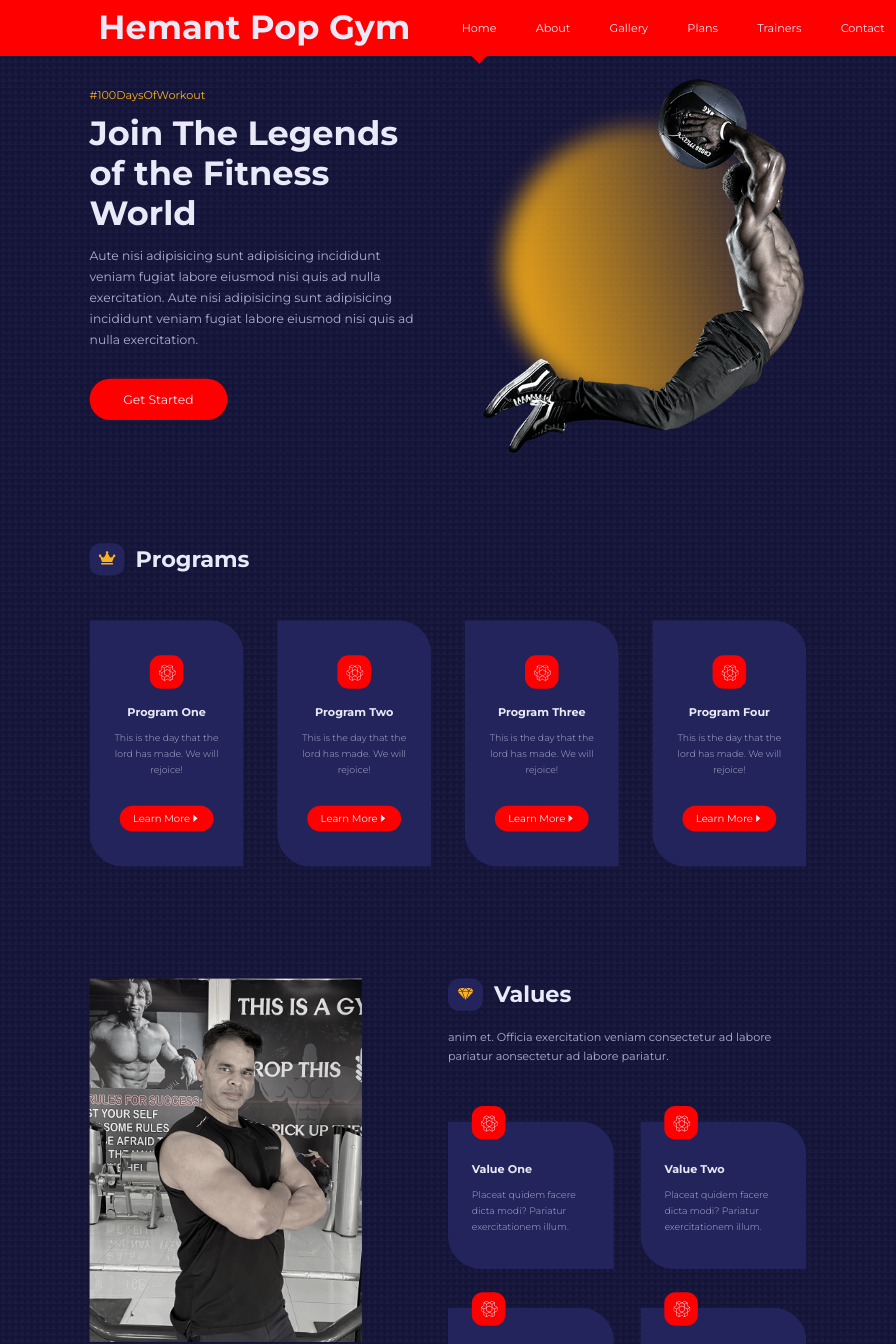
Repository: aryaMode/gym-portfolio
Page: /
The author's editor kept a copy of each file at every save. The page is drawn from the files as they stood at one save, then again after a run of saves.
The browser window is 1280 px wide. The pictures show the part of the page from y = 0 to 1920 px (the page is 3960 px tall), at 70% of full size.
The project was rebuilt for these pictures with package versions that can differ from the ones it lists, and the page was loaded fresh each time. Also part of the build but not shown: src/pages/about/about.css, src/components/Header.jsx, src/pages/about/About.jsx, src/pages/contact/contact.css, src/pages/contact/Contact.jsx, src/pages/gallery/gallery.css, src/pages/gallery/Gallery.jsx, src/pages/notFound/notFound.css and 6 more.

Above is the page before, as saved 2023-07-20 16:06:24.

### public/index.html
<!DOCTYPE html>
<html lang="en">

<head>
    <meta charset="UTF-8">
    <meta http-equiv="X-UA-Compatible" content="IE=edge">
    <meta name="viewport" content="width=device-width, initial-scale=1.0">
    <title>Portfolio Website</title>
    <!-- GOOGLE FONTS (montserrat) -->
    <link href="https://fonts.googleapis.com/css2?family=Montserrat:wght@300;400;500;600;700&display=swap"
        rel="stylesheet">
</head>

<body>
    <div id="root"></div>
</body>

</html>

### src/App.jsx
// rafce -> shortcut to create component and export
import { BrowserRouter, Routes, Route } from "react-router-dom";
import React from "react";
import Home from "./pages/home/Home";
import About from "./pages/about/About";
import Contact from "./pages/contact/Contact";
import Gallery from "./pages/gallery/Gallery";
import NotFound from "./pages/notFound/NotFound";
import Plans from "./pages/plans/Plans";
import Trainers from "./pages/trainers/Trainers";
import Navbar from "./components/Navbar";
import Footer from "./components/Footer";

const App = () => {
	return (
		<BrowserRouter>
			<Navbar />
			<Routes>
				<Route index element={<Home />} />
				<Route path="about" element={<About />} />
				<Route path="contact" element={<Contact />} />
				<Route path="gallery" element={<Gallery />} />
				<Route path="plans" element={<Plans />} />
				<Route path="trainers" element={<Trainers />} />
				<Route path="*" element={<NotFound />} />
			</Routes>
			<Footer />
		</BrowserRouter>
	);
};

export default App;

### src/index.css
 *, *::before, *::after{
    margin: 0;
    padding: 0;
    border: 0;
    outline: 0;
    list-style: none;
    text-decoration: none;
    box-sizing: border-box;
 }

 /* CSS Global variable starts with :root {...} check w3school docs for more  info */
 :root{
    --primary-hue: 210;
    --gray-hue: 240;
    /* hsl (hue, saturation, lightness) */
    --color-primary: red;
    --color-primary-variant: hsl(var(--primary-hue), 100%, 65%);
    --color-secondary: #ffb116;
    --color-gray-100: hsl(var(--gray-hue), 47%, 94%); /*almost white colour lightness is almost 100%*/
    --color-gray-200: hsl(var(--gray-hue), 26%, 75%);
    --color-gray-300: hsl(var(--gray-hue), 24%, 64%);
    --color-gray-400: hsl(var(--gray-hue), 16%, 41%);
    --color-gray-500: hsl(var(--gray-hue), 44%, 25%);
    --color-gray-600: hsl(var(--gray-hue), 48%, 15%);

    --container-width-lg: 80%;
    --container-width-md: 90%;

    --transition: all 500ms ease; /* make sure all transition have a constant effect*/
 }

  /******************** GENERAL STYLES ********************/
  body{
    font-family: "Montserrat", sans-serif;
    color: var(--color-gray-200);
    line-height: 1.7;
    overflow-x: hidden;
    background: var(--color-gray-600) url(./images/bg_texture.png);
  }

  .container{
    width: var(--container-width-lg);
    max-width: 1920px;
    margin-inline: auto;
  }

  h1, h2, h3, h4, h5 {
    line-height: 1.2;
    color: var(--color-gray-100);
  }

  h1 {
    font-size: 3rem;
  }

  h2 {
    font-size: 2rem ;
  }

  a {
    color: var(--color-gray-100);
  }

  img{
    display: block;
    object-fit: cover;
    width: 100%;
}

.btn {
    color: var(--color-gray-100);
    width: fit-content;
    margin: 0 auto;
    padding: 0.9rem 2rem;
    background: var(--color-primary);
    border-radius: 1.5rem;
    transition: var(--transition);
}

.btn:hover {
    background: var(--color-secondary);
    color: var(--color-gray-600);
}

.btn.lg {
    padding: 1.2rem 3rem;
    border-radius: 2rem;
    font-size: 1.1rem;
}

.btn.sm {
    padding: 0.4rem 1.2rem;
    font-size: 0.9rem;
}

.btn.sm:hover {
    background: var(--color-gray-100);
}

/******************** SECTION REUSABLE STYLES ********************/
section {
    margin-top: 10rem;
}

.section__head {
    display: flex;
    align-items: center;
    gap: 1rem;
}

.section__head span {
    background: var(--color-gray-500);
    padding: 0.3rem 0.8rem 0;
    border-radius: 1rem;
    color: var(--color-secondary);
    font-size: 1.5rem;
}

.card {
    background: var(--color-gray-500);
    border: 2px solid transparent;
    text-align: center;
    padding: 3rem 2rem;
    border-radius: 0 3rem 0 3rem;
    transition: var(--transition);
}

.card:hover {
    background: transparent;
    border-color: var(--color-gray-400);
    cursor: default;
}

.card span {
    width: 3rem;
    height: 3rem;
    background: var(--color-primary);
    color: var(--color-gray-100);
    font-size: 1.5rem;
    padding: 0.8rem;
    display: grid;
    place-items: center;
    margin-bottom: 1.5rem;
    margin-inline: auto;
    border-radius: 1rem;
    transition: var(--transition);
}

.card:hover span {
    background: var(--color-secondary);
    color: var(--color-gray-500)
}

.card small {
    margin-top: 1rem;
    display: block;
    font-weight: 300;
}

.header {
    margin-top: 5rem;
    height: 20rem;
    overflow: hidden;
    border-bottom: 2px solid var(--color-gray-400);
}

.header__container {
    width: 100%;
    height: 100%;
    position: relative;
    display: grid;
    place-items: center;
    background: #0000;
}

.header__container-lg {
    position: absolute;
    width: 100%;
}

.header__container-lg img {
    opacity: 0.5;
}

.header__content {
    position: relative;
    width: 44%;
    margin: 0 auto;
    text-align: center;
    color: var(--color-gray-100);
}

.header__content h2 {
    margin-bottom: 1rem;
}

.header__content p {
    color: rgba(255, 255, 255, 0.7, green, blue, alpha);
}






/******************** MEADIA QUERIES (medium screens) ********************/
@media screen and (max-width: 1024px) {
    .container {
        width: var(--container-width-md);
    }

    h1 {
        font-size: 2rem;
    }

    h2 {
        font-size: 1.6rem;
    }

    .header__content {
        width: 76%;
    }
}

/******************** MEADIA QUERIES (small screens) ********************/
@media screen and (max-width: 600px) {
    h1 {
        font-size: 2.2rem;
        line-height: 1.3;
    }

    section {
        margin-top: 7rem;
    }

    .header {
        height: fit-content;
    }

    .header__content {
        width: var(--container-width-md);
        padding: 3rem 0;
    }

    .header__content p {
        font-size: 0.85rem;
    }
}

### src/pages/home/Home.jsx
import React from "react";
import "./home.css";
import MainHeader from "../../components/MainHeader";
import Program from "../../components/Program";
import Values from "../../components/Values";
import FAQs from "../../components/FAQs";
import Testimonial from "../../components/Testimonial";
// import Footer from "../../components/Footer";

const Home = () => {
	return (
		<>
			<MainHeader />
			<Program />
			<Values />
			<FAQs />
			<Testimonial />
			{/* <Footer /> comment this out so footer wount be double */}
		</>
	);
};

export default Home;

### src/components/Navbar.jsx
import { useState } from "react";
import { Link, NavLink } from "react-router-dom";
// NavLink comes with an isactive prop which we can use to detect which page we on
// so we can have a special style for that link
import React from "react";
import Logo from "../images/logo.png";
import { links } from "../data";
import { GoThreeBars } from "react-icons/go";
import { MdOutlineClose } from "react-icons/md";
import "./navbar.css";

const Navbar = () => {
	const [isNavShowing, setIsNavShowing] = useState(false);

	const handleNavToggle = () => {
		return setIsNavShowing((prevVAlue) => {
			return !prevVAlue;
		});
	};

	return (
		<nav>
			<div className="container nav__container">
				<Link to="/" className="logo" onClick={handleNavToggle}>
					{/* <img src={Logo} alt="Nav-logo" /> */}
					<h1>Hemant Pop Gym</h1>
				</Link>
				<ul
					className={`nav__links ${isNavShowing ? "show__nav" : "hide__nav"}`}
				>
					{/* Destructure the links array of object from the links to get each item */}
					{links.map(({ name, path }, index) => {
						return (
							<li key={index}>
								<NavLink
									to={path}
									className={({ isActive }) => (isActive ? "active-nav" : "")}
									onClick={handleNavToggle}
								>
									{name}
								</NavLink>
							</li>
						);
					})}
				</ul>
				<button onClick={handleNavToggle} className="nav__toggle-btn">
					{isNavShowing ? <MdOutlineClose /> : <GoThreeBars />}
				</button>
			</div>
		</nav>
	);
};

export default Navbar;

// export PATH=$PATH:/home/daveworld/bin

### src/components/Footer.jsx
import React from "react";
import { Link } from "react-router-dom";
import Logo from "../images/logo.png";
import { FaLinkedin } from "react-icons/fa";
import { FaFacebookF } from "react-icons/fa";
import { AiOutlineTwitter } from "react-icons/ai";
import { AiFillInstagram } from "react-icons/ai";

const Footer = () => {
	return (
		<footer>
			<div className="container footer__container">
				<article>
					<Link to="/" className="logo">
						{/* <img src={Logo} alt="Footer Logo" /> */}
						<h1>Hemant Pop Gym</h1>
					</Link>
					<p>
						Consectetur non nostrud enim nostrud est culpa ullamco incididunt
						nisi. Consectetur non nostrud enim nostrud est culpa ullamco
						incididunt nisi.
					</p>
					<div className="footer__socials">
						<a
							href="https://www.linkedin.com/in/eniola-ademola-7386161a7/"
							target="_blank"
							rel="noreferrer noopener"
						>
							<FaLinkedin />
						</a>
						<a
							href="https://facebook.com/"
							target="_blank"
							rel="noreferrer noopener"
						>
							<FaFacebookF />
						</a>
						<a
							href="https://twitter.com/_daveworld"
							target="_blank"
							rel="noreferrer noopener"
						>
							<AiOutlineTwitter />
						</a>
						<a
							href="https://instagram.com/_daveworld"
							target="_blank"
							rel="noreferrer noopener"
						>
							<AiFillInstagram />
						</a>
					</div>
				</article>
				<article>
					<h4>Permalinks</h4>
					<Link to="/about">About</Link>
					<Link to="/plans">Plans</Link>
					<Link to="/trainers">Trainers</Link>
					<Link to="/gallery">Gallery</Link>
					<Link to="/contact">Contact</Link>
				</article>
				<article>
					<h4>Insights</h4>
					<Link to="/s">Blog</Link>
					<Link to="/s">Case Studies</Link>
					<Link to="/s">Events</Link>
					<Link to="/s">Communities</Link>
					<Link to="/constact">FAQs</Link>
				</article>
				<article>
					<h4>Get In Touch</h4>
					<Link to="/contact">Plans</Link>
					<Link to="/s">Trainers</Link>
				</article>
			</div>
			<div className="footer__copyright">
				<small> &copy; Eniola Ademola </small>
			</div>
		</footer>
	);
};

export default Footer;

### src/components/MainHeader.jsx
import React from "react";
import { Link } from "react-router-dom";
import Image from "../images/main_header.png";

const MainHeader = () => {
	return (
		<header className="main__header">
			<div className="container main__header-container">
				<div className="main__header-left">
					<h4>#100DaysOfWorkout</h4>
					<h1>Join The Legends of the Fitness World</h1>
					<p>
						Aute nisi adipisicing sunt adipisicing incididunt veniam fugiat
						labore eiusmod nisi quis ad nulla exercitation. Aute nisi
						adipisicing sunt adipisicing incididunt veniam fugiat labore eiusmod
						nisi quis ad nulla exercitation.
					</p>
					<Link to="/plans" className="btn lg">
						Get Started
					</Link>
				</div>
				<div className="main__header-right">
					<div className="main__header-circle"></div>
					<div className="main__header-image">
						<img src={Image} alt="MainHeaderImage" />
					</div>
				</div>
			</div>
		</header>
	);
};

export default MainHeader;

### src/components/Program.jsx
import React from "react";
import { FaCrown } from "react-icons/fa";
import SectionHead from "./SectionHead";
import { programs } from "../data";
import Card from "../UI/Card";
import { Link } from "react-router-dom";
import { AiFillCaretRight } from "react-icons/ai";

const Program = () => {
	return (
		<section className="programs">
			<div className="container programs container">
				<SectionHead icon={<FaCrown />} title="Programs" />

				<div className="program__wrapper">
					{programs.map(({ id, icon, title, info, path }) => {
						return (
							<Card className="programs__program" key={id}>
								<span>{icon}</span>
								<h4>{title}</h4>
								<small>{info}</small>
								<Link to={path} className="btn sm">
									Learn More <AiFillCaretRight />
								</Link>
							</Card>
						);
					})}
				</div>
			</div>
		</section>
	);
};

export default Program;

### src/components/Values.jsx
import React from "react";
import Image from "../images/values.jpg";
import SectionHead from "./SectionHead";
import { GiCutDiamond } from "react-icons/gi";
import { values } from "../data";
import Card from "../UI/Card";

const Values = () => {
	return (
		<section className="values">
			<div className="container values__container">
				<div className="values__left">
					<div className="values__image">
						<img src={Image} alt="values Image" />
					</div>
				</div>
				<div className="values__right">
					<SectionHead icon={<GiCutDiamond />} title="Values" />
					<p>
						anim et. Officia exercitation veniam consectetur ad labore pariatur
						aonsectetur ad labore pariatur.
					</p>
					<div className="values__wrapper">
						{values.map(({ id, icon, title, desc }) => {
							return (
								<Card className="values__value" key={id}>
									<span>{icon}</span>
									<h4>{title}</h4>
									<small>{desc}</small>
								</Card>
							);
						})}
					</div>
				</div>
			</div>
		</section>
	);
};

export default Values;

### src/components/FAQs.jsx
import React from "react";
import { FaQuestion } from "react-icons/fa";
import { faqs } from "../data";
import FAQ from "./FAQ";
import SectionHead from "./SectionHead";
const FAQs = () => {
	return (
		<section className="faqs">
			<div className="container faqs__container">
				<SectionHead icon={<FaQuestion />} title="FAQs" />
				<div className="faqs__wrapper">
					{faqs.map(({ id, question, answer }) => {
						return <FAQ key={id} question={question} answer={answer} />;
					})}
				</div>
			</div>
		</section>
	);
};

export default FAQs;

### src/components/Testimonial.jsx
import React, { useState } from "react";
import SectionHead from "./SectionHead";
import { ImQuotesLeft } from "react-icons/im";
import Card from "../UI/Card";
import {
	IoIosArrowDropleftCircle,
	IoIosArrowDroprightCircle,
} from "react-icons/io";
import { testimonials } from "../data";

const Testimonial = () => {
	const [index, setIndex] = useState(0);
	const { name, quote, job, avatar } = testimonials[index];

	const handlePreviousTestimonial = () => {
		setIndex((prevValue) => {
			return prevValue - 1;
		});
		if (index <= 0) {
			setIndex(testimonials.length - 1);
		}
	};
	const handleAfterTestimonial = () => {
		setIndex((prevValue) => {
			return prevValue + 1;
		});
		if (index >= testimonials.length - 1) {
			setIndex(0);
		}
	};

	return (
		<section className="testimonials">
			<div className="container testimonial__container">
				<SectionHead
					icon={<ImQuotesLeft />}
					title="Testimonials"
					className="testimonials__head"
				/>
				<Card className="testimonial">
					<div className="testimonial__avatar">
						<img src={avatar} alt={name} />
					</div>
					<p className="testimonial__quote">{`"${quote}"`}</p>
					<h5>{name}</h5>
					<small className="testimonial__title">{job}</small>
				</Card>
				<div className="testimonial__btn-container">
					<button
						className="testimonials__btn"
						onClick={handlePreviousTestimonial}
					>
						<IoIosArrowDropleftCircle />
					</button>
					<button
						className="testimonials__btn"
						onClick={handleAfterTestimonial}
					>
						<IoIosArrowDroprightCircle />
					</button>
				</div>
			</div>
		</section>
	);
};

export default Testimonial;

### src/UI/Card.jsx
import React from "react";

const Card = ({ className, children }) => {
	return <article className={`card ${className}`}>{children}</article>;
};

export default Card;

### src/components/navbar.css
nav{
    height: 5rem;
    width: 100vw; /*100% of the window/browser*/
    background: var(--color-primary);
    display: grid;
    place-items: center;
    position: fixed; /*commnt this to see hiden layers*/
    top: 0;
    left: 0;
    z-index: 99; /* makes sure it sit on all items*/
}

/* Only show on medium and small screens */
.nav__toggle-btn {
    display: none;
}

.nav__container {
    height: 100%;
    display: flex;
    justify-content: space-between;
    align-items: center;
    position: relative;
}

.logo{
    width: 50rem;
    display: block;
}

.nav__links{
    display: flex;
    gap: 3.5rem;
    align-items: center;
}

.nav__links a {
    transition: var(--transition);
}

.nav__links a:hover {
    color: var(--color-secondary);
}

.active-nav {
    position: relative;
}

.active-nav::after{
    content: "";
    display: block;
    width: 1.2rem;
    height: 1.2rem;
    background-color: var(--color-primary);
    position: absolute;
    left: calc(50% - 0.6rem);
    transform: rotate(45deg);
    margin-top: 0.9rem;
}

 /******************** MEDIA QUERIES (mesium and small screens) ********************/
 @media screen and (max-width: 1024px) {
    .nav__toggle-btn {
        display: inline-block;
        background: transparent;
        font-size: 1.8rem;
        cursor: pointer;
    }

    .nav__toggle-btn svg{
        color: var(--color-gray-100);
    }

    .nav__links {
        position: absolute;
        top: 100%;
        right: 0;
        flex-direction: column;
        gap: 0;
        perspective: 400px;
    }

    .active-nav {
        display: none;
    }

    .active-nav, .active-nav::after{
        display: none;
    }

    .nav__links li {
        height: 4rem;
        width: 100%;
        box-shadow: -2rem 2rem 5rem rgba(0, 0, 0, 0.5);
        animation: navAnimation 600ms ease forwards;
        transform: rotateX(90deg);
        opacity: 0;
        transform-origin: top;
    }

    .nav__links li:nth-child(2) {
        animation-delay: 200ms;
    }
    .nav__links li:nth-child(3) {
        animation-delay: 400ms;
    }
    .nav__links li:nth-child(4) {
        animation-delay: 600ms;
    }
    .nav__links li:nth-child(5) {
        animation-delay: 800ms;
    }
    .nav__links li:nth-child(6) {
        animation-delay: 1s;
    }
    .nav__links li:nth-child(7) {
        animation-delay: 1.2s;
    }

    @keyframes navAnimation {
        to {
            transform: rotateX(0);
            opacity: 1;
        }
    }

    .nav__links li a {
        background-color: var(--color-primary);
        height: 100%;
        width: 100%;
        display: flex;
        align-items: center;
        padding: 1rem 5rem 1rem 3rem;
    }

    .show__nav {
        display: flex;
    }

    .hide__nav {
        display: none;
    }

 }

### src/components/SectionHead.jsx
import React from "react";

// A reuseable component for each section name
const SectionHead = ({ icon, title, className }) => {
	return (
		<div className={`section__head ${className}`}>
			<span>{icon}</span>
			<h2>{title}</h2>
		</div>
	);
};

export default SectionHead;

### src/components/FAQ.jsx
import React, { useState } from "react";
import { AiOutlinePlus } from "react-icons/ai";
import { AiOutlineMinus } from "react-icons/ai";

const FAQ = ({ question, answer }) => {
	const [isAnswerShowing, setIsAnswerShowing] = useState(false);

	const handleFAQ = () => {
		return setIsAnswerShowing((prevValue) => {
			return !prevValue;
		});
	};

	return (
		<article className="faq" onClick={handleFAQ}>
			<div>
				<h4>{question}</h4>
				<button className="faq__icon">
					{isAnswerShowing ? <AiOutlineMinus /> : <AiOutlinePlus />}
				</button>
			</div>
			{isAnswerShowing && <p>{answer}</p>}
		</article>
	);
};

export default FAQ;

Loaded but not shown: src/index.js (common file); src/data.js (320 lines, source omitted); src/pages/home/home.css (412 lines, source omitted)

After the next 2 saves:
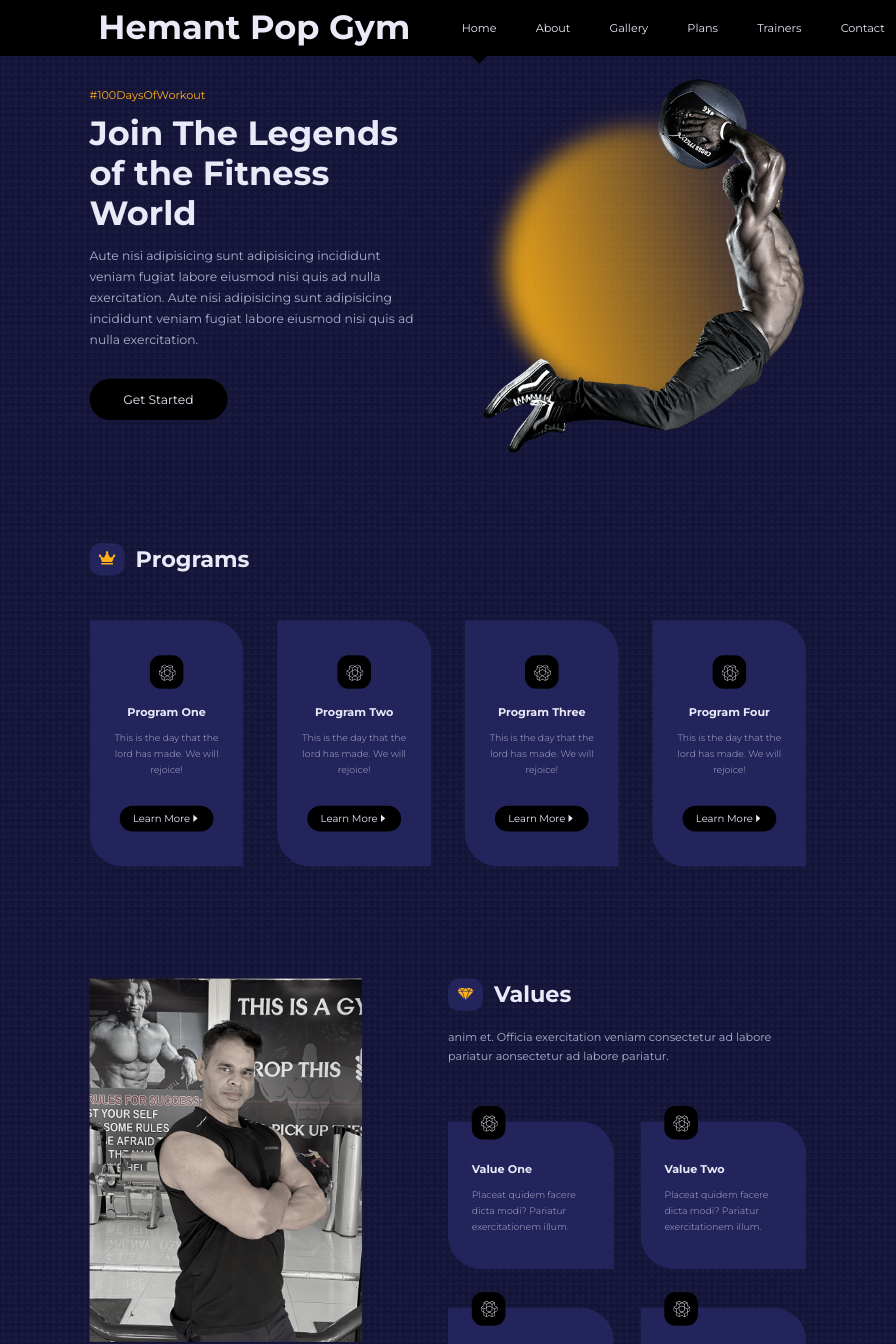
The 2 saves are shown as one change because they came seconds apart.
The last was saved 12 s later.
--- a/src/index.css
+++ b/src/index.css
@@ -13,7 +13,7 @@
     --primary-hue: 210;
     --gray-hue: 240;
     /* hsl (hue, saturation, lightness) */
-    --color-primary: red;
+    --color-primary: black;
     --color-primary-variant: hsl(var(--primary-hue), 100%, 65%);
     --color-secondary: #ffb116;
     --color-gray-100: hsl(var(--gray-hue), 47%, 94%); /*almost white colour lightness is almost 100%*/
